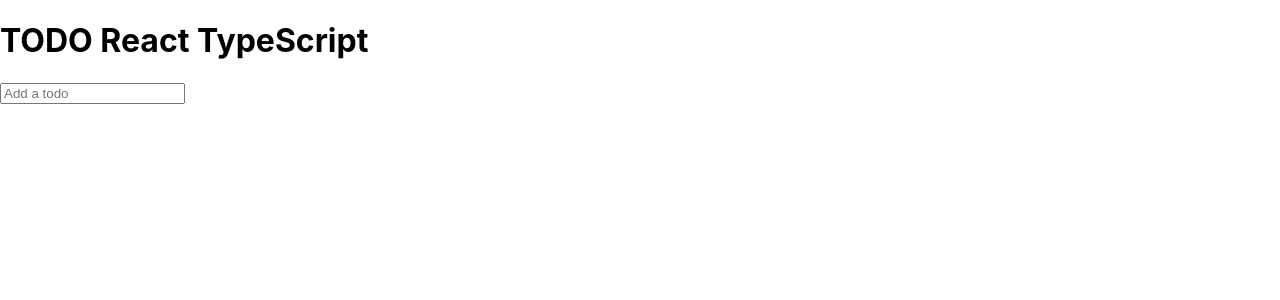
Repository: gligor99/todo-ts-react
Page: /
The author's editor kept a copy of each file at every save. The page is drawn from the files as they stood at one save, then again after the next save.
The browser window is 1280 px wide. The pictures show the whole page.
The project was rebuilt for these pictures with package versions that can differ from the ones it lists, and the page was loaded fresh each time. Also part of the build but not shown: src/App.css.

Above is the page before, as saved 2021-11-19 20:50:11.

After the next save:
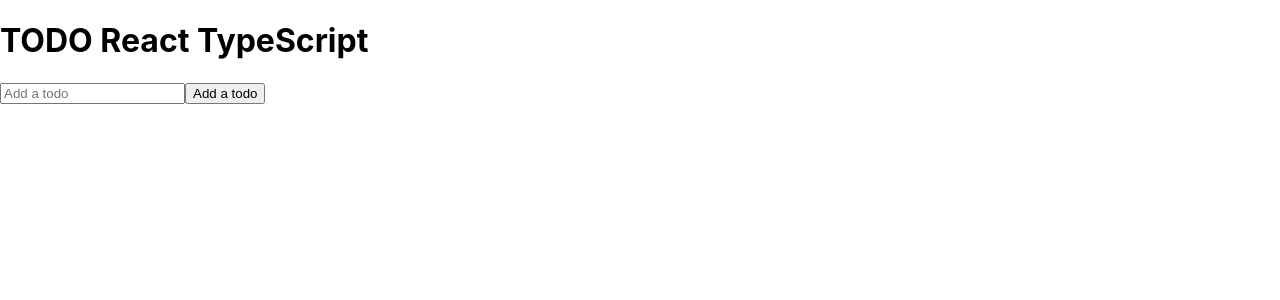
Saved 38 s later.
--- a/src/components/TodoForm.tsx
+++ b/src/components/TodoForm.tsx
@@ -15,6 +15,7 @@ const TodoForm: React.FC<TodoFormProps> = ({ addTodo }) => {
         className="todo-input"
         placeholder="Add a todo"
       />
+      <button type="submit" className="todo-button">Add a todo</button>
     </form>
   );
 };
